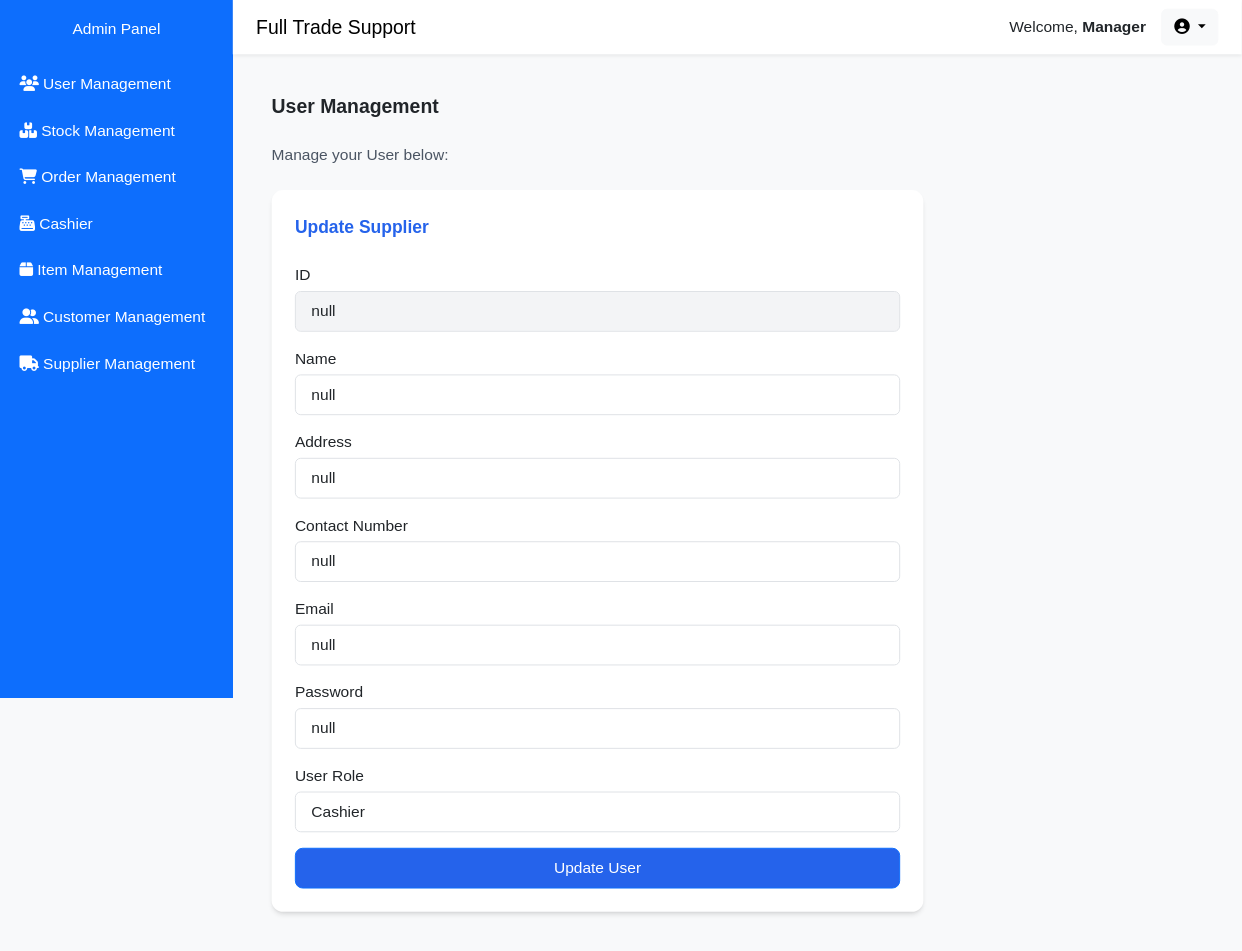
Repository: LakviduUpasara/onlineSparePartsManagementSystem
Page: http://localhost/Spare_parts_Management_Systems/Admin/update.jsp
These files come from the project's save history. The page is drawn as it stood at one moment and after the next save; the edit follows.
The browser window is 1280 px wide. The pictures show the whole page, at 97% of full size.
Some web libraries are served in a nearby version. The page is served by Tomcat 9.

Above is the page before, as saved 2025-05-13 22:49:51.

After the next save:
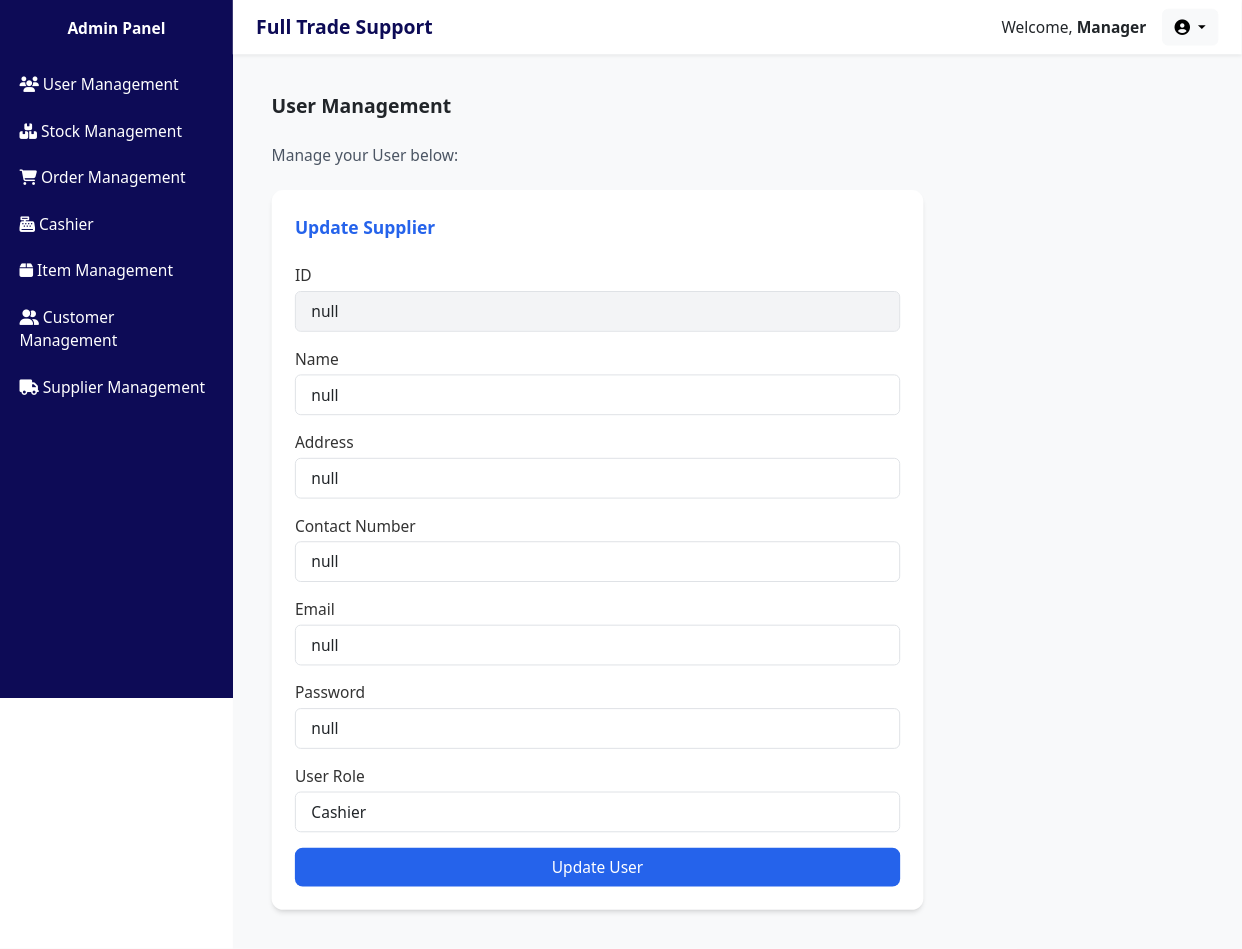
Saved 3 min 2 s later.
--- a/Project/Project/Spare_parts_Management_Systems/src/main/webapp/Admin/update.jsp
+++ b/Project/Project/Spare_parts_Management_Systems/src/main/webapp/Admin/update.jsp
@@ -17,36 +17,106 @@
   <link rel="stylesheet" href="https://cdnjs.cloudflare.com/ajax/libs/font-awesome/6.4.0/css/all.min.css">
 
   <style>
-    body {
-      margin: 0;
-      font-family: Arial, sans-serif;
-      background-color: #f8f9fa;
-    }
-    .sidebar {
-      height: 100vh;
-      background-color: #0d6efd;
-      color: white;
-      position: fixed;
-      width: 240px;
-      padding-top: 20px;
-    }
-    .sidebar a {
-      color: white;
-      text-decoration: none;
-      display: block;
-      padding: 12px 20px;
-      font-size: 16px;
-    }
-    .sidebar a:hover {
-      background-color: #0b5ed7;
-    }
-    .main-content {
-      margin-left: 240px;
-    }
-    .dashboard-content {
-      padding: 40px;
-      min-height: calc(100vh - 56px);
-    }
+    <style>
+  body {
+    margin: 0;
+    font-family: 'Segoe UI', Tahoma, Geneva, Verdana, sans-serif;
+    background-color: #f8f9fa;
+  }
+
+  .sidebar {
+    height: 100vh;
+    background-color: #0d0b56; /* Primary theme color */
+    color: white;
+    position: fixed;
+    width: 240px;
+    padding-top: 20px;
+  }
+
+  .sidebar h4 {
+    font-weight: bold;
+    margin-bottom: 30px;
+  }
+
+  .sidebar a {
+    color: white;
+    text-decoration: none;
+    display: block;
+    padding: 12px 20px;
+    font-size: 16px;
+    transition: background 0.3s ease;
+  }
+
+  .sidebar a:hover {
+    background-color: #111a72;
+    border-left: 4px solid #ffffff;
+    padding-left: 16px;
+  }
+
+  .main-content {
+    margin-left: 240px;
+    background-color: #f8f9fa;
+  }
+
+  .dashboard-content {
+    padding: 40px;
+  }
+
+  .navbar {
+    background-color: white;
+    box-shadow: 0 2px 4px rgba(0,0,0,0.05);
+  }
+
+  .navbar-brand {
+    font-weight: bold;
+    color: #0d0b56 !important;
+  }
+
+  .btn-primary {
+    background-color: #0d0b56;
+    border: none;
+  }
+
+  .btn-primary:hover {
+    background-color: #111a72;
+  }
+
+  .form-label {
+    font-weight: 600;
+    color: #333;
+  }
+
+  input.form-control,
+  select.form-control,
+  textarea.form-control {
+    border: 1px solid #ccc;
+    transition: border-color 0.2s ease;
+  }
+
+  input.form-control:focus,
+  select.form-control:focus,
+  textarea.form-control:focus {
+    border-color: #0d0b56;
+    box-shadow: 0 0 0 0.2rem rgba(13, 11, 86, 0.25);
+  }
+
+  .bg-white {
+    background-color: white;
+  }
+
+  .rounded-xl {
+    border-radius: 1rem;
+  }
+
+  .shadow-md {
+    box-shadow: 0 4px 6px rgba(0,0,0,0.1);
+  }
+
+  .text-blue-600 {
+    color: #0d0b56;
+  }
+</style>
+
   </style>
 </head>
 
